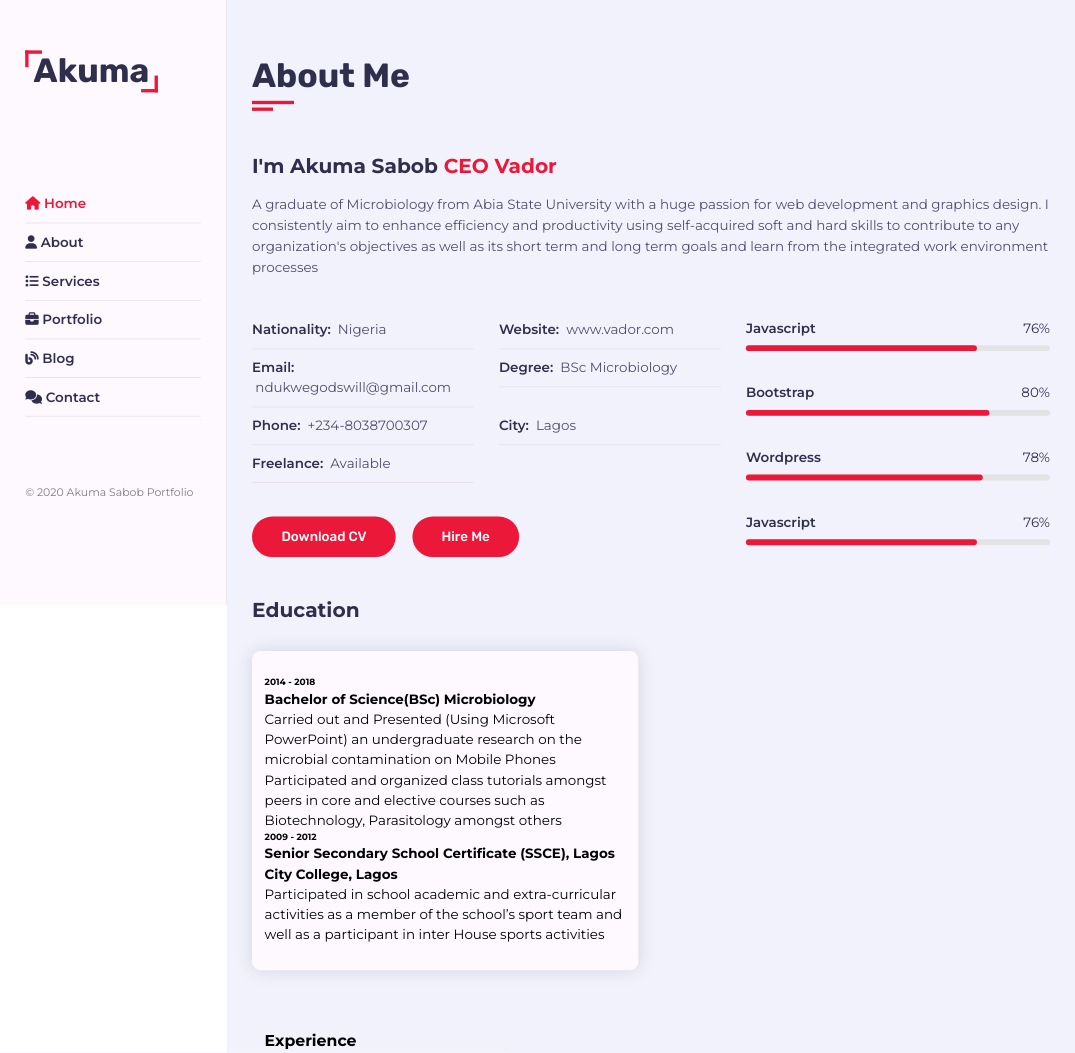
Repository: Akuma001/MY-Portfolio
Page: index.html
An editor plug-in stored every save of this project. The page is shown before and after the next save, followed by the edit.
The browser window is 1280 px wide. The pictures show the whole page, at 84% of full size.
Some icons come from a web library that is not loaded, so they are not drawn. Some web libraries are served in a nearby version.

Above is the page before, as saved 2020-12-13 22:10:20.

### index.html
<!DOCTYPE html>
<html lang="en">
<head>
  <title>Akuma Sabob</title>
  <meta charset="utf-8">
  <meta name="viewport" content="width=device-width, initial-scale=1">
   <!-- Template css Files -->
	<link rel="stylesheet" href="./css/style.css" type="text/css">
  <link rel="stylesheet" href="./css/skins/pink.css" type="text/css">
  <!-------Favcon icon-------->
  <link href="./images/favicon.ico" rel="icon" type="image/x-icon" />
  <!------------Font-Awesome---------------->
  <script src="https://kit.fontawesome.com/bd6f97032f.js" crossorigin="anonymous"></script>
</head>
<body>
<!-----------Main------------->
<div class="main-container">
<!-----------Side------------->
  <div class="aside">
    <div class="logo">
      <a href="#">Akuma</a>
    </div>

     <!----------Nav toggler---------->
     <div class="nav-toggler">
       <span></span>
     </div>
     <!----------Nav toggler---------->

    <!----------Nav Bar---------->
    <ul class="nav">
      <li><a href="#" class="active"><i class="fa fa-home"></i> Home</a></li>
      <li><a href="#"><i class="fa fa-user"></i> About</a></li>
      <li><a href="#"><i class="fa fa-list"></i> Services</a></li>
      <li><a href="#"><i class="fa fa-briefcase"></i> Portfolio</a></li>
      <li><a href="#"><i class="fas fa-blog"></i> Blog</a></li>
      <li><a href="#"><i class="fa fa-comments"></i> Contact</a></li>
    </ul>
    <div class="copyright-text">
      &copy; 2020 Akuma Sabob Portfolio
    </div>

  </div>
<!-----------Side End------------->

<!-----------Main content------------->
  <div class="main-content">

    <section class="home section hidden">
      <div class="container">
        <div class="intro">
          <img src="./images/profile.jpg" alt="Profile" class="shadow-dark">
          <h1>Akuma Sabob</h1>
          <p>I'm a web-developer <br> I'm graphics designer</p>
          <div class="social-link">
            <a href="#"><i class="fa fa-twitter"></i></a>
            <a href="#"><i class="fa fa-instagram"></i></a>
            <a href="#"><i class="fa fa-linkedin"></i></a>
            <a href="#"><i class="fas fa-code-branch"></i></a>
          </div>
        </div>
      </div>
    </section>

    <!-----------About------------->

      <section class="about section">
        <div class="container">
          <div class="row">
            <div class="section-title padd-15">
              <h2>About Me</h2>
            </div>
          </div>
          <div class="row">
            <div class="about-content padd-15">
              <div class="row">
                <div class="about-text padd-15">
                  <h3>I'm Akuma Sabob <span> CEO Vador </span></h3>
                  <p>A graduate of Microbiology from Abia State University with a huge
                    passion for web development and graphics design. I consistently aim
                    to enhance efficiency and productivity using self-acquired soft and
                    hard skills to contribute to any organization's objectives as well as its
                    short term and long term goals and learn from the integrated work
                    environment processes</p>
                </div>
              </div>
              <div class="row">
                <div class="personal-info padd-15">
                  <div class="row">
                    <div class="info-item padd-15">
                      <p>Nationality: <span>Nigeria</span></p>
                    </div>
                    <div class="info-item padd-15">
                      <p>Website: <span>www.vador.com</span></p>
                    </div>
                    <div class="info-item padd-15">
                      <p>Email: <span>ndukwegodswill@gmail.com</span></p>
                    </div>
                    <div class="info-item padd-15">
                      <p>Degree: <span>BSc Microbiology</span></p>
                    </div>
                    <div class="info-item padd-15">
                      <p>Phone: <span>+234-8038700307</span></p>
                    </div>
                    <div class="info-item padd-15">
                      <p>City: <span>Lagos</span></p>
                    </div>
                    <div class="info-item padd-15">
                      <p>Freelance: <span>Available</span></p>
                    </div>
                  </div>
                  <div class="row">
                    <div class="buttons padd-15">
                      <a href="#" class="btn">Download CV</a>
                      <a href="#" class="btn">Hire Me</a>
                    </div>
                  </div>
                </div>
                <div class="skills padd-15">
                  <div class="row">
                    <div class="skill-item padd-15">
                      <h5>Javascript</h5>
                      <div class="progress">
                        <div class="progress-in" style="width: 76%;"></div>
                        <div class="skill-percent">76%</div>
                      </div>
                    </div>
                    <div class="skill-item padd-15">
                      <h5>Bootstrap</h5>
                      <div class="progress">
                        <div class="progress-in" style="width: 80%;"></div>
                        <div class="skill-percent">80%</div>
                      </div>
                    </div>
                    <div class="skill-item padd-15">
                      <h5>Wordpress</h5>
                      <div class="progress">
                        <div class="progress-in" style="width: 78%;"></div>
                        <div class="skill-percent">78%</div>
                      </div>
                    </div>
                    <div class="skill-item padd-15">
                      <h5>Javascript</h5>
                      <div class="progress">
                        <div class="progress-in" style="width: 76%;"></div>
                        <div class="skill-percent">76%</div>
                      </div>
                    </div>
                  </div>
                </div>
              </div>

              <div class="row">
                <div class="education padd-15">
                  <h3 class="title">Education</h3>
                  <div class="row">
                    <div class="timeline-box padd-15">
                    <div class="timeline shadow-dark">
                      <!-----------Timeline item------------->
                      <div class="timeline-item">
                        <div class="circle-dot"></div>
                          <h6 class="timeline-date">
                            <i class="fa fa-calender"></i>2014 - 2018
                          </h6>
                          <h4 class="timeline-title">Bachelor of Science(BSc) Microbiology</h4>
                          <p class="timeline-text">
                            Carried out and Presented (Using Microsoft PowerPoint) an undergraduate research on
                            the microbial contamination on Mobile Phones <br>Participated and organized class tutorials
                            amongst peers in core and elective courses such as Biotechnology, Parasitology amongst others
                          </p>
                        </div>
                         <!-----------Timeline item End------------->
                         <!-----------Timeline item------------->
                      <div class="timeline-item">
                        <div class="circle-dot"></div>
                          <h6 class="timeline-date">
                            <i class="fa fa-calender"></i>2009 - 2012
                          </h6>
                          <h4 class="timeline-title">Senior Secondary School Certificate (SSCE), Lagos City College, Lagos</h4>
                          <p class="timeline-text">
                            Participated in school academic and extra-curricular activities as a member of the school’s
                            sport team and well as a participant in inter House sports activities
                          </p>
                        </div>
                         <!-----------Timeline item End------------->
                      </div>
                    </div>
                  </div>
                  </div>
                </div>
            </div>
          </div>
        </div>
                <div class="experience padd-15">
                  <h3 class="title">Experience</h3>
                </div>
              </div>
            </div>
          </div>
        </div>
      </section>

    <!-----------About End------------->
  </div>
<!-----------Main content End------------->
</div>
<!-----------Main------------->
</body>
</html>

### css/style.css

 /*Font Awesome Free Icon*/
 @import url("https://stackpath.bootstrapcdn.com/font-awesome/4.7.0/css/font-awesome.min.css");
 /*Google fonts*/
 @import url('https://fonts.googleapis.com/css?family=Montserrat:400,500,600,700&display=swap');
 @import url('https://fonts.googleapis.com/css?family=Rubik:500,700,900&display=swap');


body{
    margin: 0;
    line-height: 1.5;
    font-size: 16px;
    font-family: 'Montserrat', sans-serif;
    font-weight: 400;
}
*{
    margin: 0;
    padding: 0;
    outline: none;
    text-decoration: none;
    box-sizing: border-box;
}
::before, ::after{
    box-sizing: border-box;
}

.section{
    background-color: #f2f2fc;
    min-height: 100vh;
    display: block;
    padding: 0 30px;
}
.section .container{
    padding-top: 60px;
    padding-bottom: 70px;
}
.section-title{
    -ms-flex: 0 0 100%;
    flex: 0 0 100%;
    max-width: 100%;
    margin-bottom: 60px;
}
.section-title h2{
    font-size: 40px;
    color: #302e4d;
    font-family: 'Rubik', sans-serif;
    font-weight: 700;
    margin: 0;
    position: relative;
}
.section-title h2::before{
    content: '';
    height: 4px;
    width: 50px;
    position: absolute;
    top: 100%;
    left: 0;
}
.section-title h2::after{
    content: '';
    height: 4px;
    width: 25px;
    position: absolute;
    top: 100%;
    left: 0;
    margin-top: 8px;
}
.row{
    display: -ms-flexbox;
    display: flex;
    -ms-flex-wrap: wrap;
    flex-wrap: wrap;
    margin-right: -15px;
    margin-left: -15px;
    position: relative;
}
.padd-15{
    padding-left: 15px;
    padding-right: 15px;
}
.main-content{
    padding-left: 270px;
}

.container{
    max-width: 1100px;
    width: 100%;
    margin: auto;
}
.shadow-dark{
    -webkit-box-shadow: 0 0 20px rgba(48, 46, 77, 0.15);
    box-shadow: 0 0 20px rgba(48, 46, 77, 0.15);
}
.btn{
    font-size: 16px;
    font-family: 'Rubik', sans-serif;
    font-weight: 500;
    padding: 12px 35px;
    color: #ffffff;
    border-radius: 40px;
    -webkit-transition: all 0.3s ease;
    transition: all 0.3s ease;
    display: inline-block;
    white-space: nowrap;
}
.btn:hover{
    -webkit-transform: scale(1.05);
    transform: scale(1.05);
}
.hidden{
    display: none !important;
}

 /*    aside  */
 .aside{
     width: 270px;
     background-color: #fdf9ff;
     position: fixed;
     height: 100%;
     left: 0;
     top: 0;
     z-index: 10;
     border-right: 1px solid #e8dfec;
     padding: 30px;
 }


 .aside .logo{
    padding: 30px 0;
 }
 .aside .logo a{
     font-size: 40px;
     color: #302e4d;
     font-family: 'Rubik', sans-serif;
     font-weight: 700;
     text-decoration: none;
     display: inline-block;
     position: relative;
     padding: 0 10px;
     line-height: 50px;
 }
 .aside .logo a::before{
     content: '';
     height: 20px;
     width: 20px;
     position: absolute;
     top: 0;
     left: 0;
 }
 .aside .logo a::after{
    content: '';
    height: 20px;
    width: 20px;
    position: absolute;
    bottom: 0;
    right: 0;
 }
 .aside .nav-toggler{
     height: 40px;
     width: 45px;
     border: 1px solid #d4d4e3;
     cursor: pointer;
     position: fixed;
     left: 300px;
     top: 30px;
     z-index: 11;
     border-radius: 5px;
     background-color: #fdf9ff;
     /*
     display: -ms-flexbox;
     display: flex;
     */
     display: none;
     -ms-flex-align: center;
     align-items: center;
     -ms-flex-pack: center;
     justify-content: center;
 }
 .aside .nav-toggler span{
    height: 2px;
    width: 18px;
    display: inline-block;
    position: relative;
 }
 .aside .nav-toggler span::before{
     content: '';
     height: 2px;
     width: 18px;
     position: absolute;
     top: -6px;
     left: 0;
 }
 .aside .nav-toggler span::after{
    content: '';
    height: 2px;
    width: 18px;
    position: absolute;
    top: 6px;
    left: 0;
}
 .aside .nav{
    list-style: none;
     margin: 80px 0;
     padding: 0;
 }
 .aside .nav li{
     display: block;
 }
 .aside .nav li a{
     font-size: 16px;
     font-weight: 600;
     color: #302e4d;
     text-decoration: none;
     line-height: 45px;
     display: block;
     border-bottom: 1px solid #e8dfec;
     -webkit-transition: all 0.3s ease;
     transition: all 0.3s ease;
     text-transform: capitalize;
 }
 .aside .nav li a:not(.active):hover{
     padding-left: 5px;
 }
 .aside .nav li a fa{
     margin-right: 5px;
 }
 .aside .copyright-text{
    font-size: 13px;
    color: #7d7d7d;
 }

 /*    Home      */

 .home{
     min-height: 100vh;
     display: -ms-flexbox;
     display: flex;
 }

 .home .intro{
     text-align: center;
 }

 .home .intro img{
     height: 200px;
     width: 200px;
     border-radius: 50%;
     display: inline-block;
     border: 8px solid #ffffff;
 }

 .home .intro h1{
     font-size: 30px;
     color: #302e4d;
     font-family: 'Rubik', sans-serif;
     font-weight: 700;
     margin: 20px 0 5px;
 }
 .home .intro p{
     font-size: 16px;
     font-weight: 500;
     margin: 0%;
     line-height: 22px;
     color: #504e70;
 }

 .home .intro .social-link{
     margin-top: 25px;
 }

 .home .intro .social-link a{
     height: 35px;
     width: 35px;
     display: inline-block;
     text-align: center;
     line-height: 35px;
     color: #ffffff;
     margin: 0 4px;
     border-radius: 50%;
     text-decoration: none;
     -webkit-transition: all 0.3s ease;
     transition: all 0.3s ease;
 }

 .home .intro .social-link a:hover{
    -webkit-transform: scale(1.1);
    transform: scale(1.1);
 }


 /*      About Section     */

.about .about-content{
    -ms-flex: 0 0 100%;
    flex: 0 0 100%;
    max-width: 100%;
}
.about .about-content .about-text{
    -ms-flex: 0 0 100%;
    flex: 0 0 100%;
    max-width: 100%;
}
.about .about-content .about-text h3{
    font-size: 24px;
    margin-bottom: 15px;
    font-weight: 700;
    color: #302e4d;
}
.about .about-content .about-text p{
    font-size: 16px;
    line-height: 25px;
    color: #504e70;
    margin: 0;
}

.about .about-content .personal-info{
    /* background-color: red; */
    -ms-flex: 0 0 60%;
    flex: 0 0 60%;
    max-width: 60%;
    margin-top: 40px;
}
.about .about-content .personal-info .info-item{
    -ms-flex: 0 0 50%;
    flex: 0 0 50%;
    max-width: 50%;
}
.about .about-content .personal-info .info-item p{
    font-weight: 600;
    padding: 10px 0;
    font-size: 16px;
    color: #302e4d;
    margin: 0;
    border-bottom: 1px solid #e8dfec;

}
.about .about-content .personal-info .info-item p span{
    font-weight: 400;
    color: #504e70;
    margin-left: 4px;
    display: inline-block;
}
.about .about-content .personal-info .buttons{
    margin-top: 30px;
}
.about .about-content .personal-info .buttons .btn{
    margin-right: 15px;
    margin-top: 10px;
}
.about .about-content .skills{
    /* background-color: blue; */
    -ms-flex: 0 0 40%;
    flex: 0 0 40%;
    max-width: 40%;
    margin-top: 40px;
}

.about .about-content .skills .skill-item{
    -ms-flex: 0 0 100%;
    flex: 0 0 100%;
    max-width: 100%;
}

.about .about-content .skills .skill-item h5{
    line-height: 40px;
    font-weight: 600;
    font-size: 16px;
    color: #302e4d;
    text-transform: capitalize;
    margin: 0;
}
.about .about-content .skills .skill-item .progress{
    background-color: #e3e3e3;
    height: 7px;
    border-radius: 4px;
    width: 100%;
    position: relative;
}
.about .about-content .skills .skill-item{
    margin-bottom: 30px;
}
.about .about-content .skills .skill-item .progress .progress-in{
    position: absolute;
    left: 0;
    top: 0;
    height: 100%;
    border-radius: 4px;
}
.about .about-content .skills .skill-item .skill-percent{
    /* display: none; */
    line-height: 40px;
    position: absolute;
    right: 0;
    color: #302e4d;
    top: -40px;
    font-weight: 400;
}

.about .about-content .education{
    -ms-flex: 0 0 50%;
    flex: 0 0 50%;
    max-width: 50%;
    margin-top: 30px;
}
.about .about-content .experience{
    -ms-flex: 0 0 50%;
    flex: 0 0 50%;
    max-width: 50%;
    margin-top: 30px;
}

.about .about-content h3.title{
    font-size: 24px;
    margin-bottom: 30px;
    font-weight: 700;
    color: #302e4d;
}

.about .about-content .timeline-box{
    -ms-flex: 0 0 100%;
    flex: 0 0 100%;
    max-width: 100%;
}
.about .about-content .timeline{
    background-color: #fdf9ff;
    padding: 30px 15px;
    border: ipx solid #d4d4e3;
    border-radius: 10px;
    width: 100%;
}

### css/skins/pink.css
.aside .logo a::before{
    border-top: 4px solid #ec1839;
    border-left: 4px solid #ec1839;
}

.aside .logo a::after{
    border-right: 4px solid #ec1839;
    border-bottom: 4px solid #ec1839;
}

.about .about-content .about-text h3 span,
.aside .nav li a:hover,
.aside .nav li a.active{
    color: #ec1839;
}

.about .about-content .skills .skill-item .progress .progress-in,
.btn,
.section-title h2::after,
.section-title h2::before,
.aside .nav-toggler span,
.aside .nav-toggler span::before,
.aside .nav-toggler span::after,
.home .intro .social-link a{
    background-color: #ec1839;
}

After the next save:
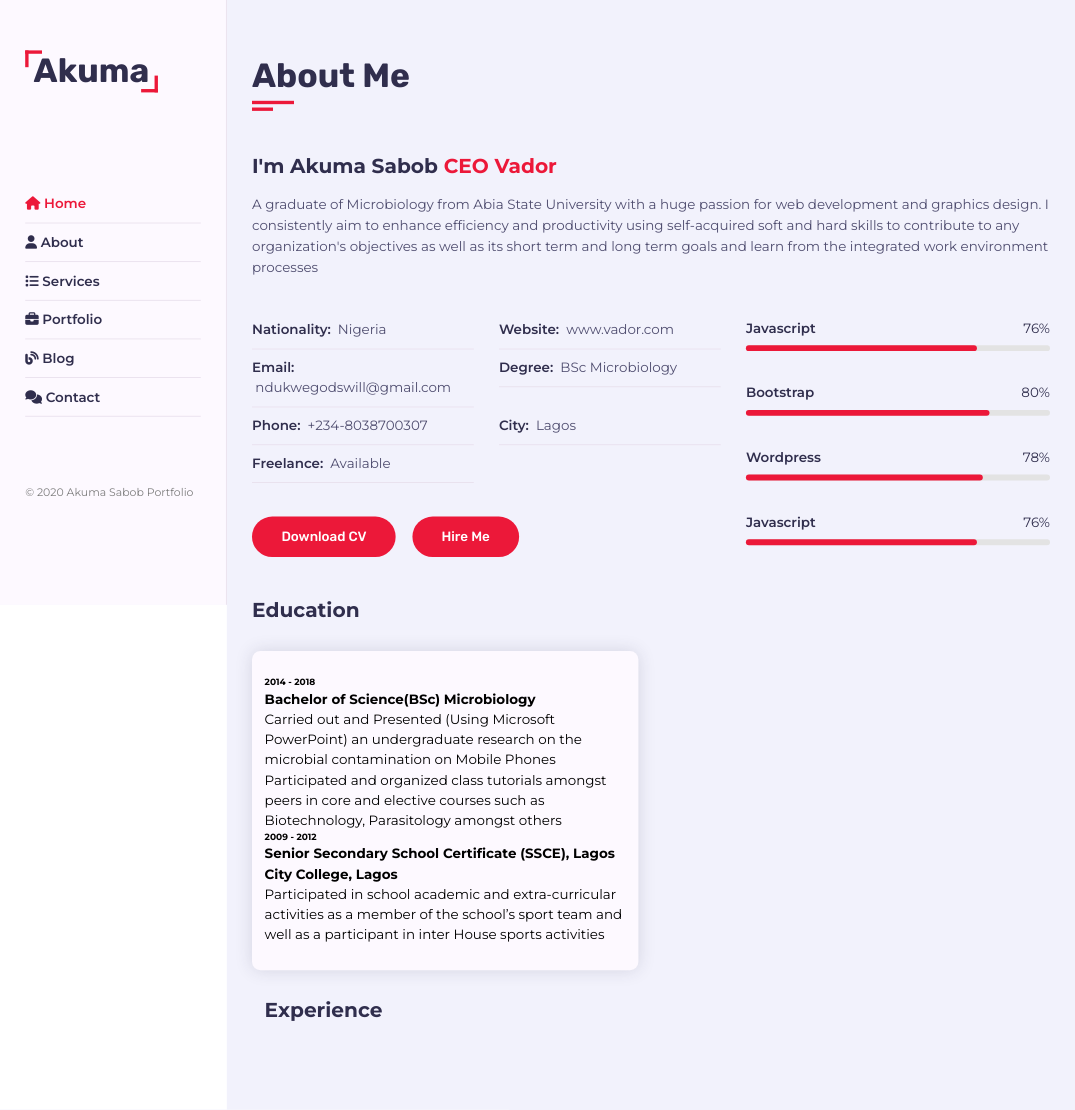
Saved 16 s later.
--- a/index.html
+++ b/index.html
@@ -188,9 +188,6 @@
                   </div>
                   </div>
                 </div>
-            </div>
-          </div>
-        </div>
                 <div class="experience padd-15">
                   <h3 class="title">Experience</h3>
                 </div>
